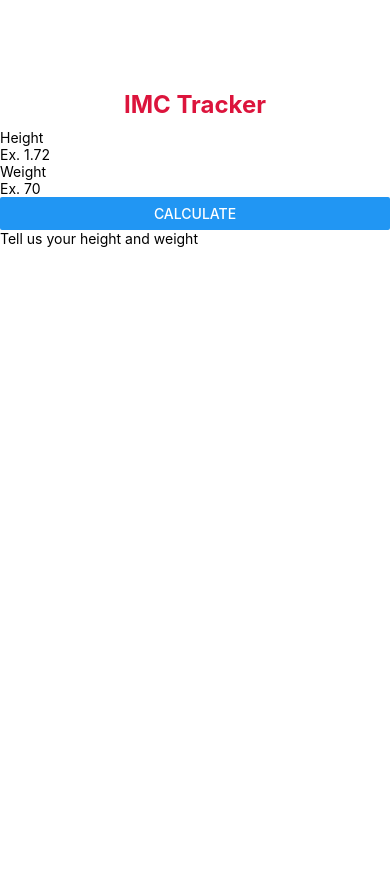
Repository: rubenmatias08/IMCTracker
Screen: /
These files come from the project's save history. The screen is drawn as it stood at one moment and after the next save; the edit follows.
The app was drawn by React Native's web renderer in a window 390 px wide. The project was rebuilt for these pictures with package versions that can differ from the ones it lists, and the page was loaded fresh each time.

Above is the screen before, as saved 2024-03-10 17:24:14.

### App.js
import { StyleSheet, View } from 'react-native';
import Title from './src/components/Title';
import Form from './src/components/Form/index'

export default function App() {
  return (
    <View style={styles.container}>
      <Title/>
      <Form />
    </View>
  );
}

const styles = StyleSheet.create({
  container: {
    flex: 1,
    backgroundColor: 'f8f8ff',
    paddingTop: 80,

  },
});



/*
   alignItems: 'center',
    justifyContent: 'center',

*/

### src/components/Title/index.js
import React from "react";
import { View,Text } from "react-native"; //Componentes
import styles from "./style";

export default function Title(){
    return(
        <View style={styles.boxTitle}>
            <Text style={styles.textTitle}>IMC Tracker</Text>
        </View>
    )
}

//Para aplicar a estilização colocamos: style={nomedoficheiroimportado.propriedadeJSON}

### src/components/Form/index.js
import React , {useState} from "react";
import { TextInput, View, Text, Button } from "react-native";
import ResultIMC from "./ResultIMC";
import styles from "./style";


export default function Form(){

    const [height, setHeight] = useState(null); // Altura
    const [weight, setWeight] = useState(null); // Peso
    const [messageIMC, setmessageIMC] = useState("Tell us your height and weight"); // Mensagem que contem o resultado
    const [imc,setIMC] = useState(null); // valor do IMC
    const [textButton, setTextButton] = useState("Calculate"); //

    //Calcular o imc é altura x altura a dividir por peso
    //E vamos querer que nos retorne o resultado (toFixed) que é para vir com 2 casas decimais apenas.
    function CalculatorIMC(){
        return setIMC((weight / (height * height)).toFixed(2))
    }

    //Caso os valores tiverem sido preenchidos ele valida, caso contrário temos de avisar o usuário para preencher os dados de altura e peso.
    //Aqui com a condição é: Caso os valores de height e weight sejam diferentes de null, ou seja, estão preenchidos... Chama a função CalculatorIMC() que fará o calculo que depois nos dá o resultado.
    function ValidationIMC(){
        if(height != null && weight != null){
            CalculatorIMC() //Função do calculo
            setHeight(null) //Reset de height para que se faça depois um novo calculo
            setWeight(null) //Reset de weight para que se faça depois um novo calculo
            setmessageIMC("Your IMC is:") //Mensagem para apresentar o resultado
            setTextButton("Calculate again") //Botão com mensagem
            return //Depois de tudo isto... Retorna-nos.
        }
        setIMC(null) //caso o peso e altura sejam nulos, colocamos o imc como nulo também para que não haja resposta de possiveis calculos anteriores
        setTextButton("Calculate") //Para voltar a apresentar o texto original
        setmessageIMC("Tell us your height and weight") //Para voltar a apresentar o texto original

    }


    return(
        <View style={styles.formContext}>
            <View>
                <Text>Height</Text>
                <TextInput
                onChangeText={setHeight}
                value={height}
                placeholder="Ex. 1.72"
                keyboardType="numeric"
                />

                <Text>Weight</Text>
                <TextInput
                onChangeText={setWeight}
                value={weight}
                placeholder="Ex. 70"
                keyboardType="numeric"
                />

                <Button
                onPress={() => ValidationIMC()}
                title={textButton}/>

            </View>
            <ResultIMC messageResultImc={messageIMC} resultImc={imc}/>
        </View>
    )
}

//O keyboardType indica qual o tipo de teclado que ele vai abrir
//No <ResultIMC> leva duas props com propriedades dinamicas.

### src/components/Title/style.js
import { StyleSheet } from "react-native";

const styles = StyleSheet.create( {
    boxTitle: {
        alignItems: "center",
        justifyContent: "center",
        padding: 10,
    },
    textTitle: {
        color:"#DC143C",
        fontSize:24,
        fontWeight:"bold"
    }
});

export default styles;

### src/components/Form/ResultIMC/index.js
import React from "react";
import { View , Text } from "react-native";

export default function ResultIMC(props){
    return(
        <View>
            <Text>{props.messageResultImc}</Text>
            <Text>{props.resultImc}</Text>
        </View>
    )
}

//Neste componente vai ser mostrado o resultado do valor de IMC e uma mensagem com o valor desse IMC.

### src/components/Form/style.js
import { StyleSheet } from "react-native";

const styles = StyleSheet.create( {
    formContext: {
        width:"100%",
        height:"100%",
        bottom:0,
        backgroundColor:"#ffffff",

    }
});

export default styles;

After the next save:
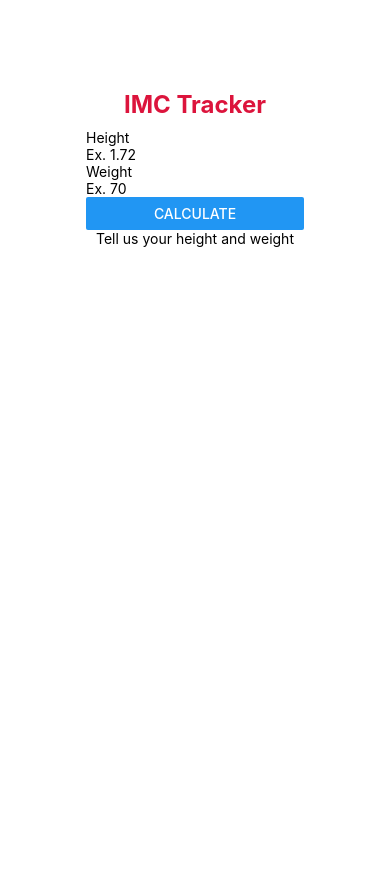
Saved 25 s later.
--- a/src/components/Form/style.js
+++ b/src/components/Form/style.js
@@ -6,7 +6,7 @@ const styles = StyleSheet.create( {
         height:"100%",
         bottom:0,
         backgroundColor:"#ffffff",
-
+        alignItems:"center"
     }
 });
 
